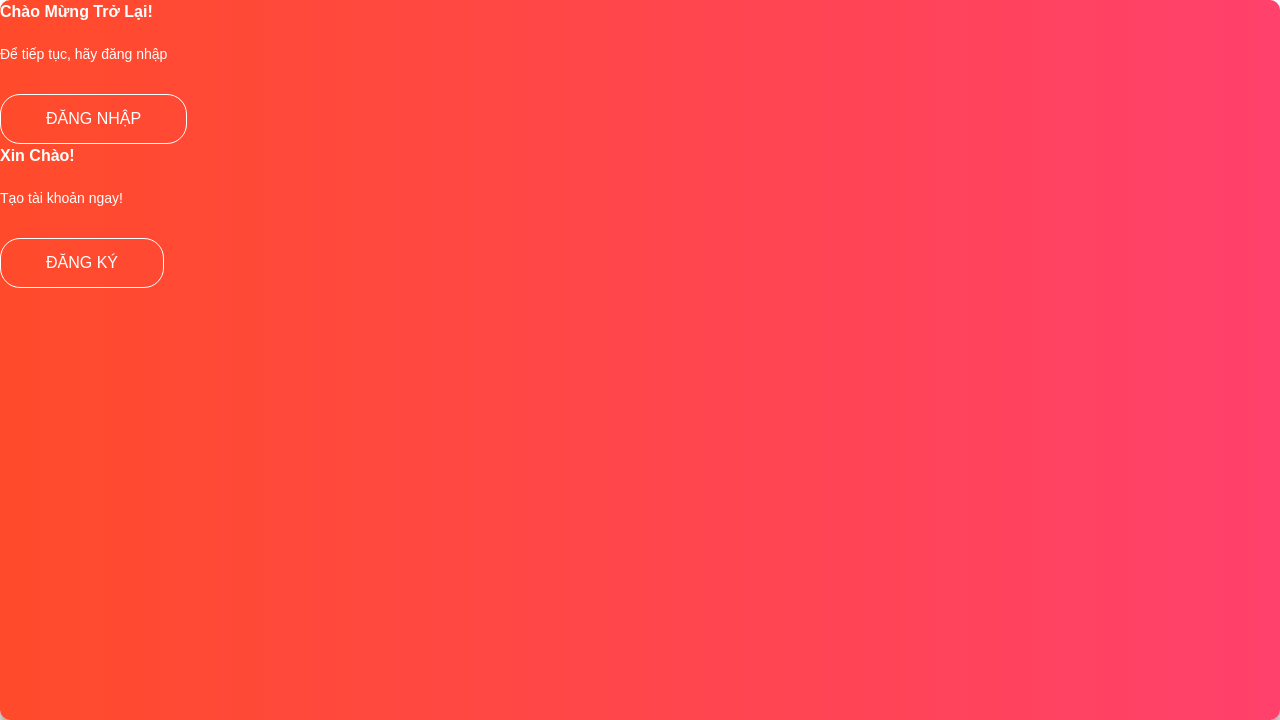
Repository: BlackWolf2002/project_airbn_react
Page: /
An editor plug-in stored every save of this project. The page is shown before and after the next save, followed by the edit.
The browser window is 1280 px wide. The pictures show the whole page.
The project was rebuilt for these pictures with package versions that can differ from the ones it lists, and the page was loaded fresh each time. Also part of the build but not shown: vite.config.js.

Above is the page before, as saved 2025-02-04 23:40:16.

After the next save:
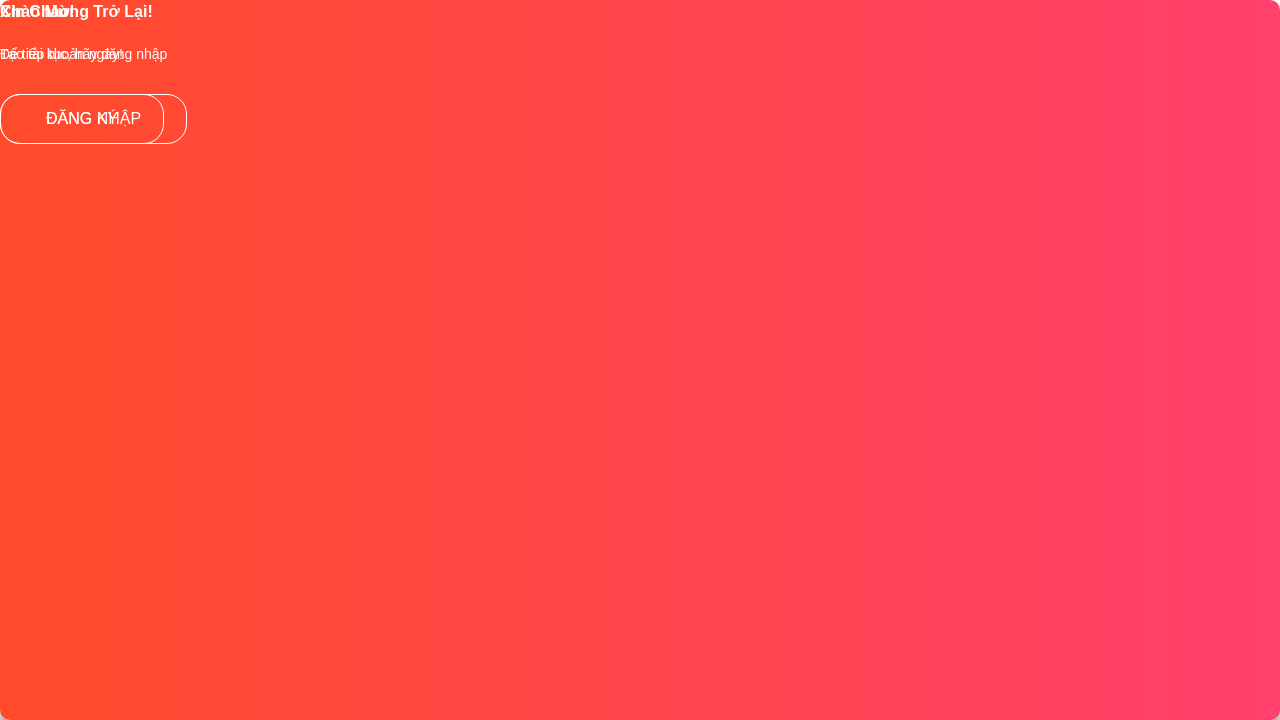
Saved 13 s later.
--- a/src/style/Login.css
+++ b/src/style/Login.css
@@ -87,3 +87,7 @@
 .container-login.container-login.right-panel-active .overlay {
     transform: translateX(50%);
 }
+
+.overlay-panel {
+    position: absolute;
+}
